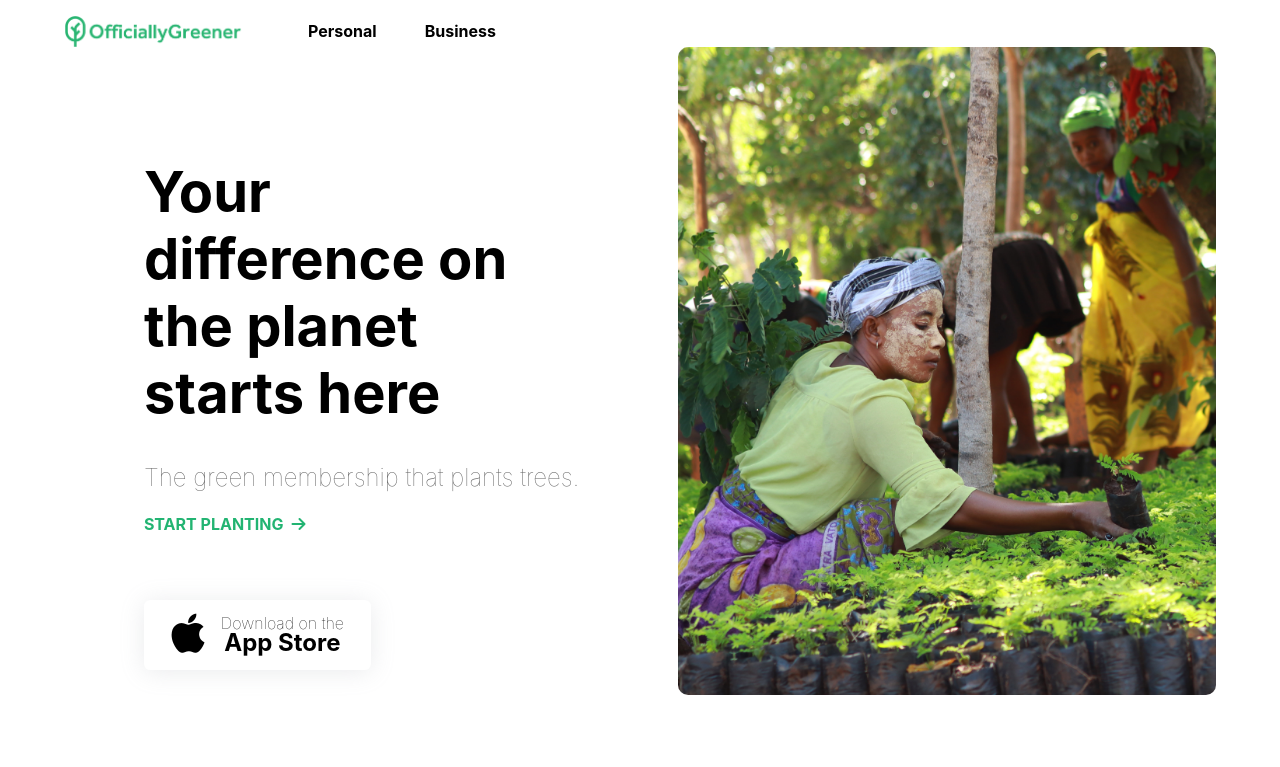
Repository: Sinkycode/Officially-Greener-v2
Page: index.html
An editor plug-in stored every save of this project. The page is shown before and after the next save, followed by the edit.
The browser window is 1280 px wide. The pictures show the whole page.
Some web libraries are served in a nearby version.

Above is the page before, as saved 2023-03-08 16:27:44.

After the next save:
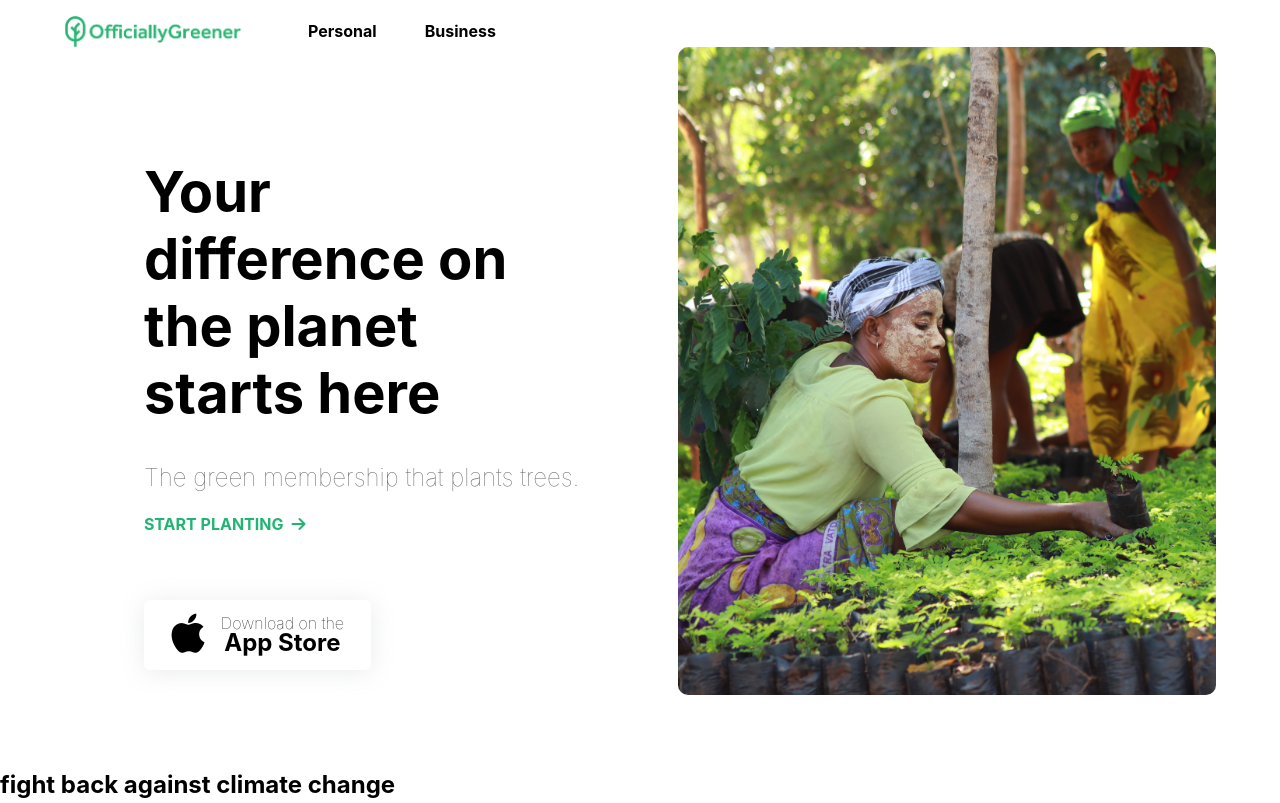
Saved 71 s later.
--- a/index.html
+++ b/index.html
@@ -47,7 +47,13 @@
     </div>
    </div>
   </section>
-  <section id="note"></section>
+
+  <section id="note">
+    <h1 class="big-text">
+      fight back against climate change
+    </h1>
+  </section>
+
   <section id="personal"></section>
 </body>
 </html>
